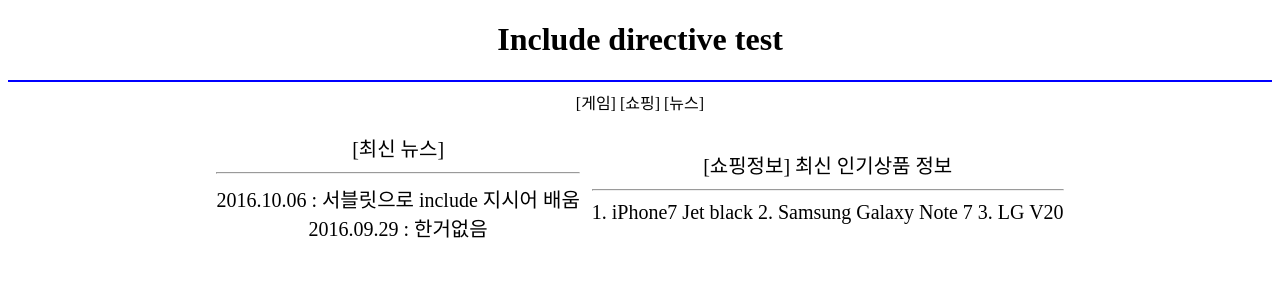
Repository: donggeonoh/My_Source
Page: http://localhost/WebProgramming/ch05/include_test.jsp
An editor plug-in stored every save of this project. The page is shown before and after the next save, followed by the edit.
The browser window is 1280 px wide. The pictures show the whole page.
The page is served by Tomcat 9.

Above is the page before, as saved 2016-10-06 10:22:16.

After the next save:
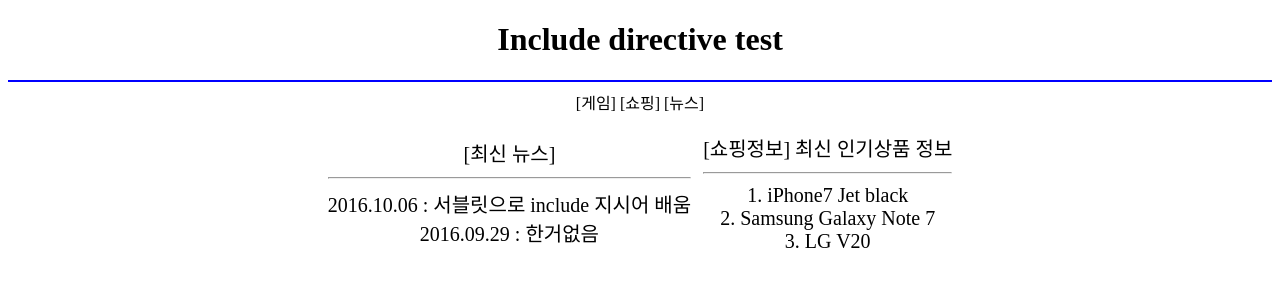
Saved 4 min 28 s later.
--- a/Web Source/WebProgramming/WebContent/ch05/include_shopping.jsp
+++ b/Web Source/WebProgramming/WebContent/ch05/include_shopping.jsp
@@ -4,6 +4,6 @@
 
 [쇼핑정보] 최신 인기상품 정보 <hr>
 
-1. iPhone7 Jet black
-2. Samsung Galaxy Note 7
-3. LG V20
+1. iPhone7 Jet black <br>
+2. Samsung Galaxy Note 7 <br>
+3. LG V20<br>
